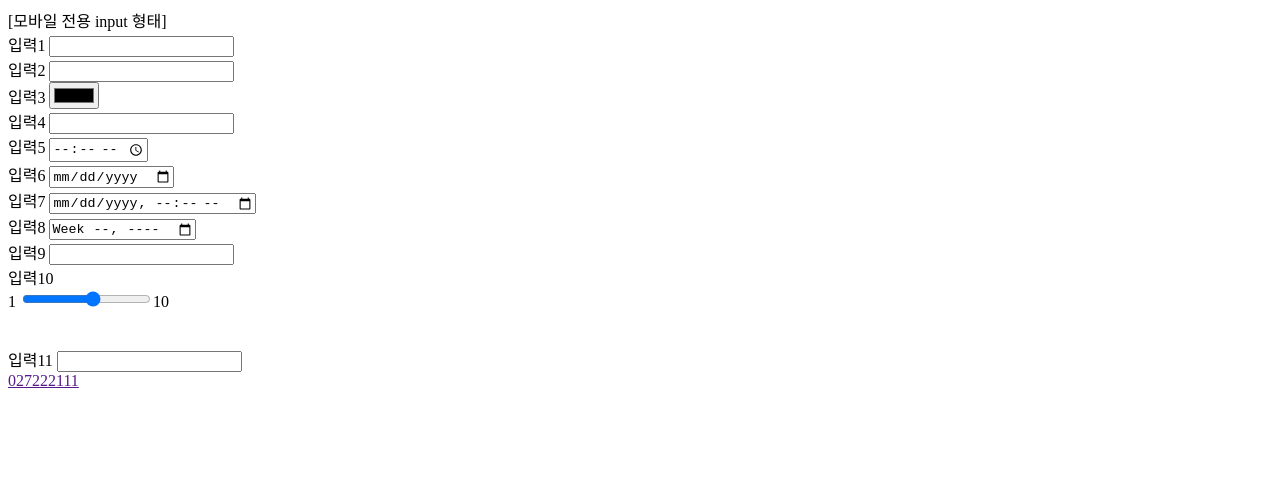
Repository: mnemion/BackendClass
Page: web/src/main/webapp/m/index.html
An editor plug-in stored every save of this project. The page is shown before and after the next save, followed by the edit.
The browser window is 1280 px wide. The pictures show the whole page.

Above is the page before, as saved 2023-08-31 06:00:05.

After the next save:
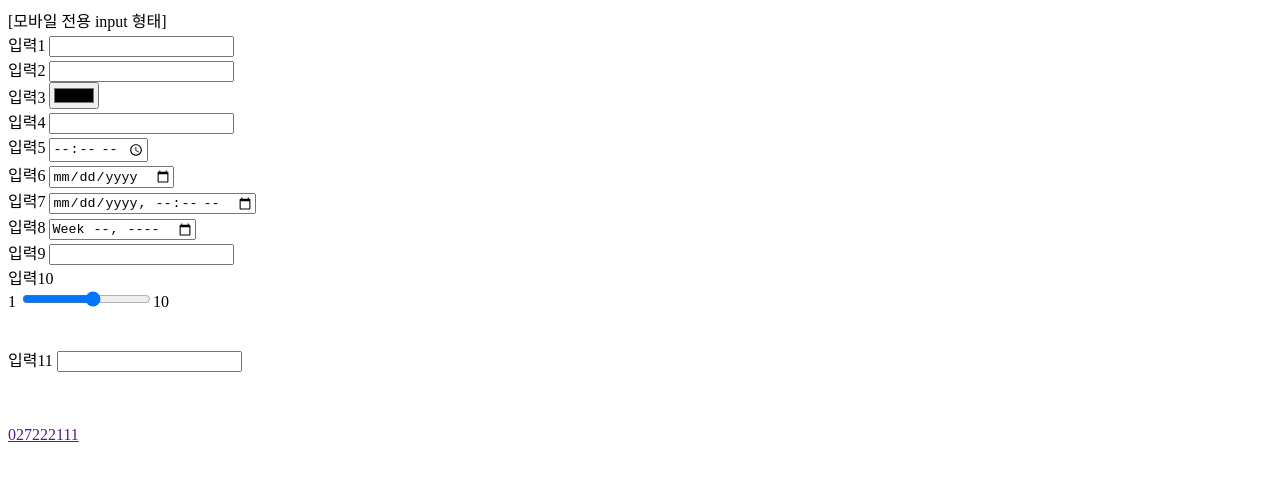
Saved 12 s later.
--- a/web/src/main/webapp/m/index.html
+++ b/web/src/main/webapp/m/index.html
@@ -23,6 +23,7 @@
 <br><br>
 </form>
 입력11 <input type="url"><br>		<!-- 도메인, 블로그 등 웹 경로 (M) -->
+<br><br><br>
 <a href="">027222111</a>
 </body>
 </html>
